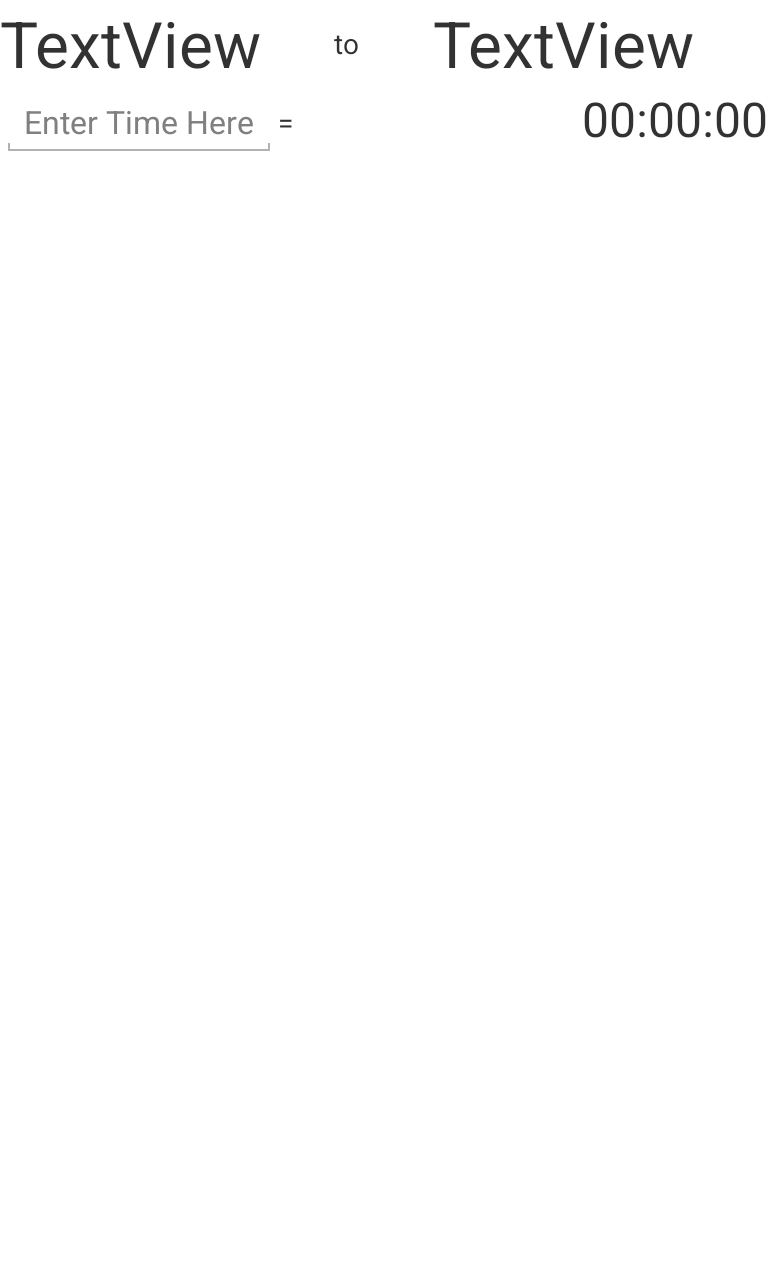
Repository: downinew/AndroidCoachesRaceTimer
Layout: CoachesRaceTimer/res/layout/convert_dialog.xml
An editor plug-in stored every save of this project. The layout is shown before and after the next save, followed by the edit.
It is drawn on a 768 x 1280 px phone screen (xhdpi) without system bars, with theme AppTheme; the app's code is not run.

Above is the layout before, as saved 2015-02-19 02:27:10.

### CoachesRaceTimer/res/layout/convert_dialog.xml
<?xml version="1.0" encoding="utf-8"?>
<LinearLayout xmlns:android="http://schemas.android.com/apk/res/android"
    android:layout_width="match_parent"
    android:layout_height="match_parent"
    android:orientation="vertical" >

    <LinearLayout
        android:layout_width="match_parent"
        android:layout_height="wrap_content"
        android:orientation="horizontal">

        <TextView
            android:id="@+id/convertItem1"
            android:layout_width="wrap_content"
            android:layout_gravity="start"
            android:layout_weight="1"
            android:textSize="32sp"
            android:layout_height="wrap_content"
            android:text="TextView" />

        <TextView
            android:id="@+id/toText"
            android:layout_width="wrap_content"
            android:layout_weight="1"
            android:layout_gravity="center"
            android:layout_height="wrap_content"
            android:text="to" />

        <TextView
            android:id="@+id/convertItem2"
            android:layout_width="wrap_content"
            android:layout_gravity="end"
            android:layout_weight="1"
            android:textSize="32sp"
            android:layout_height="wrap_content"
            android:text="TextView" />

    </LinearLayout>
    <LinearLayout
        android:layout_width="match_parent"
        android:layout_height="wrap_content"
        android:orientation="horizontal">

        <EditText
            android:id="@+id/convertTime1"
            android:layout_width="wrap_content"
            android:layout_height="wrap_content"
            android:layout_gravity="start"
            android:hint="Enter Time Here"
            android:textSize="16sp" />

        <TextView
            android:id="@+id/equalText"
            android:layout_width="wrap_content"
            android:layout_height="wrap_content"
            android:layout_gravity="center"
            android:layout_weight="1"
            android:text="=" />

        <TextView
            android:id="@+id/convertTime2"
            android:layout_width="wrap_content"
            android:layout_height="wrap_content"
            android:gravity="right"
            android:text="00:00:00"
            android:layout_weight="1"
            android:textSize="24sp" />

    </LinearLayout>




</LinearLayout>

Loaded but not shown: CoachesRaceTimer/res/values/styles.xml (common file); CoachesRaceTimer/res/values-v11/styles.xml (common file); CoachesRaceTimer/res/values-v14/styles.xml (common file)

After the next save:
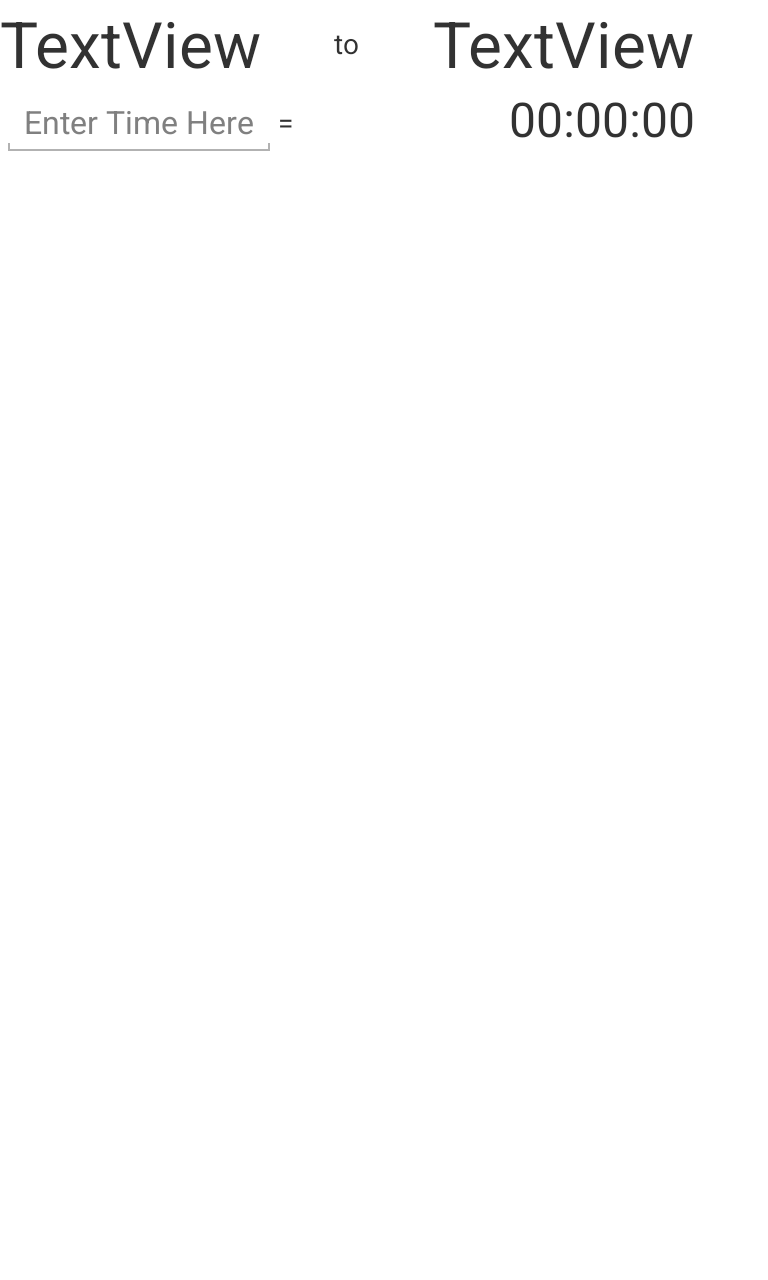
Saved 12 s later.
--- a/CoachesRaceTimer/res/layout/convert_dialog.xml
+++ b/CoachesRaceTimer/res/layout/convert_dialog.xml
@@ -61,7 +61,7 @@
             android:id="@+id/convertTime2"
             android:layout_width="wrap_content"
             android:layout_height="wrap_content"
-            android:gravity="right"
+            android:gravity="center"
             android:text="00:00:00"
             android:layout_weight="1"
             android:textSize="24sp" />
